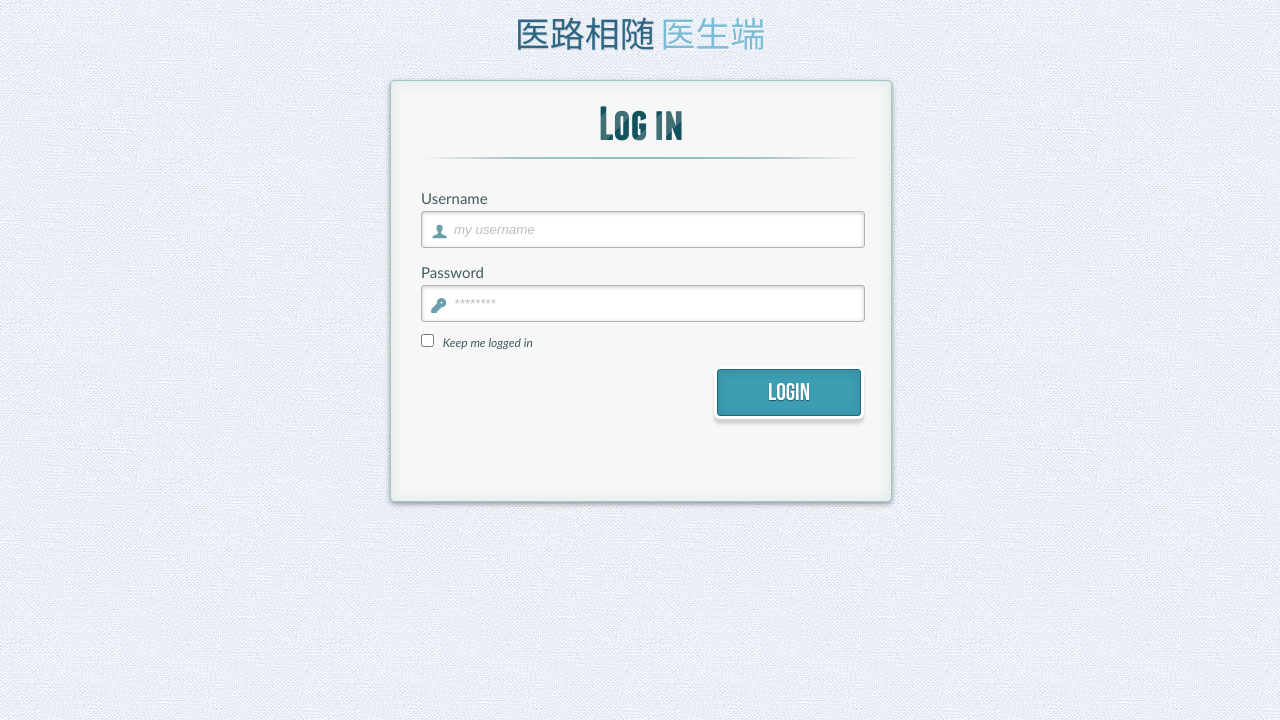
Repository: guwenyu2007/Dr.WithYouWebServer
Page: http://localhost/DrWithYou/login.jsp
These files come from the project's save history. The page is drawn as it stood at one moment and after the next save; the edit follows.
The browser window is 1280 px wide. The pictures show the whole page.
The page is served by Tomcat 9. Other server files are loaded and not shown.

Above is the page before, as saved 2017-04-19 03:07:43.
Not found: DrWithYou/DrWithYou/css/animate-custom.css

### DrWithYou/WebContent/login.jsp
<!DOCTYPE html>
<!--[if lt IE 7 ]> <html lang="en" class="no-js ie6 lt8"> <![endif]-->
<!--[if IE 7 ]>    <html lang="en" class="no-js ie7 lt8"> <![endif]-->
<!--[if IE 8 ]>    <html lang="en" class="no-js ie8 lt8"> <![endif]-->
<!--[if IE 9 ]>    <html lang="en" class="no-js ie9"> <![endif]-->
<!--[if (gt IE 9)|!(IE)]><!--> <html lang="en" class="no-js"> <!--<![endif]-->
<head>
    <meta charset="utf-8" />
    <!-- <meta http-equiv="X-UA-Compatible" content="IE=edge,chrome=1">  -->
    <title>医路相随－医生端</title>
    <meta name="viewport" content="width=device-width, initial-scale=1.0">
    <meta name="description" content="Login and Registration Form with HTML5 and CSS3" />
    <meta name="keywords" content="html5, css3, form, switch, animation, :target, pseudo-class" />
    <meta name="author" content="Codrops" />
    <link rel="shortcut icon" href="../favicon.ico">
    <link rel="stylesheet" type="text/css" href="css/demo.css" />
    <link rel="stylesheet" type="text/css" href="css/style.css" />
    <link rel="stylesheet" type="text/css" href="css/animate-custom.css" />
</head>
<body>
<div class="container">
    <!-- Codrops top bar -->
    <div class="codrops-top">

        <div class="clr"></div>
    </div><!--/ Codrops top bar -->
    <header>
        <h1>医路相随 <span>医生端</span></h1>

    </header>
    <section>
        <div id="container_demo" >
            <!-- hidden anchor to stop jump http://www.css3create.com/Astuce-Empecher-le-scroll-avec-l-utilisation-de-target#wrap4  -->
            <a class="hiddenanchor" id="toregister"></a>
            <a class="hiddenanchor" id="tologin"></a>
            <div id="wrapper">
                <div id="login" class="animate form">
                    <form  >
                        <h1>Log in</h1>
                        <p>
                            <label for="username" class="uname" data-icon="u" > Username </label>
                            <input id="username" name="Username" required="required" type="text" placeholder="my username"/>
                        </p>
                        <p>
                            <label for="password" class="youpasswd" data-icon="p"> Password </label>
                            <input id="password" name="password" required="required" type="password" placeholder="********" />
                        </p>
                        <p class="keeplogin">
                            <input type="checkbox" name="loginkeeping" id="loginkeeping" value="loginkeeping" />
                            <label for="loginkeeping">Keep me logged in</label>
                        </p>

                        <p href="bingren.html" class="login button">
                            <input type="submit" value="Login" />
                        </p>

                    </form>
                </div>
            </div>
        </div>
    </section>
</div>
</body>
</html>

### DrWithYou/WebContent/css/demo.css
@font-face {
    font-family: 'BebasNeueRegular';
    src: url('fonts/BebasNeue-webfont.eot');
    src: url('fonts/BebasNeue-webfont.eot?#iefix') format('embedded-opentype'),
         url('fonts/BebasNeue-webfont.woff') format('woff'),
         url('fonts/BebasNeue-webfont.ttf') format('truetype'),
         url('fonts/BebasNeue-webfont.svg#BebasNeueRegular') format('svg');
    font-weight: normal;
    font-style: normal;
}
/* CSS reset */
body,div,dl,dt,dd,ul,ol,li,h1,h2,h3,h4,h5,h6,pre,form,fieldset,input,textarea,p,blockquote,th,td {
	margin:0;
	padding:0;
}
html,body {
	margin:0;
	padding:0;
	height: 100%;
}
table {
	border-collapse:collapse;
	border-spacing:0;
}
fieldset,img {
	border:0;
}
address,caption,cite,code,dfn,th,var {
	font-style:normal;
	font-weight:normal;
}
ol,ul {
	list-style:none;
}
caption,th {
	text-align:left;
}
h1,h2,h3,h4,h5,h6 {
	font-size:100%;
	font-weight:normal;
}
q:before,q:after {
	content:'';
}
abbr,acronym { border:0;
}
article, aside, details, figcaption, figure,
footer, header, hgroup, menu, nav, section {
	display: block;
}
/* General Demo Style */
body{
	font-family: Cambria, Palatino, "Palatino Linotype", "Palatino LT STD", Georgia, serif;
	background: #fff url(../images/bg.jpg) repeat top left;
	font-weight: 400;
	font-size: 15px;
	color: #1d3c41;
	overflow-y: scroll;
}
a{
	color: #333;
	text-decoration: none;
}
.container{
	width: 100%;
	height: 100%;
	position: relative;
	text-align: center;
}
.clr{
	clear: both;
}
.container > header{
	padding: 20px 30px 10px 30px;
	margin: 0px 20px 10px 20px;
	position: relative;
	display: block;
	text-shadow: 1px 1px 1px rgba(0,0,0,0.2);
    text-align: center;
}
.container > header h1{
	font-family: 'BebasNeueRegular', 'Arial Narrow', Arial, sans-serif;
	font-size: 35px;
	line-height: 35px;
	position: relative;
	font-weight: 400;
	color: rgba(26,89,120,0.9);
	text-shadow: 1px 1px 1px rgba(0,0,0,0.1);
    padding: 0px 0px 5px 0px;
}
.container > header h1 span{
	color: #7cbcd6;
	text-shadow: 0px 1px 1px rgba(255,255,255,0.8);
}
.container > header h2{
	font-size: 16px;
	font-style: italic;
	color: #2d6277;
	text-shadow: 0px 1px 1px rgba(255,255,255,0.8);
}
/* Header Style */
.codrops-top{
	line-height: 24px;
	font-size: 11px;
	background: rgba(255, 255, 255, 0.4);
	text-transform: uppercase;
	z-index: 9999;
	position: relative;
	box-shadow: 1px 0px 2px rgba(0,0,0,0.2);
}
.codrops-top a{
	padding: 0px 10px;
	letter-spacing: 1px;
	color: #333;
	text-shadow: 0px 1px 1px #fff;
	display: block;
	float: left;
}
.codrops-top a:hover{
	background: #fff;
}
.codrops-top span.right{
	float: right;
}
.codrops-top span.right a{
	float: left;
	display: block;
}

.codrops-demos{
	text-align:center;
	display: block;
	padding: 14px;
}
.codrops-demos span{
	display: inline-block;
	padding-right: 15px;
	text-shadow: 1px 1px 1px rgba(255, 255, 255, 0.8);
}
.codrops-demos a,
.codrops-demos a.current-demo,
.codrops-demos a.current-demo:hover{
    display: inline-block;
	font-style: italic;
	font-size: 12px;
	padding: 3px 5px;
	margin: 0px 3px;
	font-weight: 800;
	box-shadow: 1px 1px 1px rgba(0,0,0,0.05) inset;
	color: #fff;
	text-shadow: 1px 1px 1px rgba(0,0,0,0.1);
	background: rgba(104,171,194,0.5);
}
.codrops-demos a:hover{
	background: #4fa2c4;
}
.codrops-demos a.current-demo,
.codrops-demos a.current-demo:hover{
	color: rgba(104,171,194,1);
	background: rgba(255,255,255,0.9);
	box-shadow: 0px 1px 1px rgba(0,0,0,0.1);
}

### DrWithYou/WebContent/css/style.css
/* remove codrops styles and reset the whole thing */
#container_demo{
	 text-align: left;
	 margin: 0;
	 padding: 0;
	 margin: 0 auto;
	 font-family: "Trebuchet MS","Myriad Pro",Arial,sans-serif;
}

/** fonts used for the icons **/
@font-face {
    font-family: 'FontomasCustomRegular';
    src: url('fonts/fontomas-webfont.eot');
    src: url('fonts/fontomas-webfont.eot?#iefix') format('embedded-opentype'),
         url('fonts/fontomas-webfont.woff') format('woff'),
         url('fonts/fontomas-webfont.ttf') format('truetype'),
         url('fonts/fontomas-webfont.svg#FontomasCustomRegular') format('svg');
    font-weight: normal;
    font-style: normal;
}
@font-face {
    font-family: 'FranchiseRegular';
    src: url('fonts/franchise-bold-webfont.eot');
    src: url('fonts/franchise-bold-webfont.eot?#iefix') format('embedded-opentype'),
         url('fonts/franchise-bold-webfont.woff') format('woff'),
         url('fonts/franchise-bold-webfont.ttf') format('truetype'),
         url('fonts/franchise-bold-webfont.svg#FranchiseRegular') format('svg');
    font-weight: normal;
    font-style: normal;

}
a.hiddenanchor{
	display: none;
}
/** The wrapper that will contain our two forms **/
#wrapper{
	width: 60%;
	right: 0px;
	min-height: 560px;
	margin: 0px auto;
	width: 500px;
	position: relative;
}
/**** Styling the form elements **/

/**** general text styling ****/
#wrapper a{
	color: rgb(95, 155, 198);
	text-decoration: underline;
}

#wrapper h1{
	font-size: 48px;
	color: rgb(6, 106, 117);
	padding: 2px 0 10px 0;
	font-family: 'FranchiseRegular','Arial Narrow',Arial,sans-serif;
	font-weight: bold;
	text-align: center;
	padding-bottom: 30px;
}
/** For the moment only webkit supports the background-clip:text; */
#wrapper h1{
    background: -webkit-repeating-linear-gradient(-45deg,
	rgb(18, 83, 93) ,
	rgb(18, 83, 93) 20px,
	rgb(64, 111, 118) 20px,
	rgb(64, 111, 118) 40px,
	rgb(18, 83, 93) 40px);
	-webkit-text-fill-color: transparent;
	-webkit-background-clip: text;
}
#wrapper h1:after{
	content: ' ';
	display: block;
	width: 100%;
	height: 2px;
	margin-top: 10px;
	background: -moz-linear-gradient(left, rgba(147,184,189,0) 0%, rgba(147,184,189,0.8) 20%, rgba(147,184,189,1) 53%, rgba(147,184,189,0.8) 79%, rgba(147,184,189,0) 100%);
	background: -webkit-gradient(linear, left top, right top, color-stop(0%,rgba(147,184,189,0)), color-stop(20%,rgba(147,184,189,0.8)), color-stop(53%,rgba(147,184,189,1)), color-stop(79%,rgba(147,184,189,0.8)), color-stop(100%,rgba(147,184,189,0)));
	background: -webkit-linear-gradient(left, rgba(147,184,189,0) 0%,rgba(147,184,189,0.8) 20%,rgba(147,184,189,1) 53%,rgba(147,184,189,0.8) 79%,rgba(147,184,189,0) 100%);
	background: -o-linear-gradient(left, rgba(147,184,189,0) 0%,rgba(147,184,189,0.8) 20%,rgba(147,184,189,1) 53%,rgba(147,184,189,0.8) 79%,rgba(147,184,189,0) 100%);
	background: -ms-linear-gradient(left, rgba(147,184,189,0) 0%,rgba(147,184,189,0.8) 20%,rgba(147,184,189,1) 53%,rgba(147,184,189,0.8) 79%,rgba(147,184,189,0) 100%);
	background: linear-gradient(left, rgba(147,184,189,0) 0%,rgba(147,184,189,0.8) 20%,rgba(147,184,189,1) 53%,rgba(147,184,189,0.8) 79%,rgba(147,184,189,0) 100%);
}

#wrapper p{
	margin-bottom:15px;
}
#wrapper p:first-child{
	margin: 0px;
}
#wrapper label{
	color: rgb(64, 92, 96);
	position: relative;
}

/**** advanced input styling ****/
/* placeholder */
::-webkit-input-placeholder  {
	color: rgb(190, 188, 188);
	font-style: italic;
}
input:-moz-placeholder,
textarea:-moz-placeholder{
	color: rgb(190, 188, 188);
	font-style: italic;
}
input {
  outline: none;
}

/* all the input except submit and checkbox */
#wrapper input:not([type="checkbox"]){
	width: 92%;
	margin-top: 4px;
	padding: 10px 5px 10px 32px;
	border: 1px solid rgb(178, 178, 178);
	-webkit-appearance: textfield;
	-webkit-box-sizing: content-box;
	  -moz-box-sizing : content-box;
	       box-sizing : content-box;
	-webkit-border-radius: 3px;
	   -moz-border-radius: 3px;
	        border-radius: 3px;
	-webkit-box-shadow: 0px 1px 4px 0px rgba(168, 168, 168, 0.6) inset;
	   -moz-box-shadow: 0px 1px 4px 0px rgba(168, 168, 168, 0.6) inset;
	        box-shadow: 0px 1px 4px 0px rgba(168, 168, 168, 0.6) inset;
	-webkit-transition: all 0.2s linear;
	   -moz-transition: all 0.2s linear;
	     -o-transition: all 0.2s linear;
	        transition: all 0.2s linear;
}
#wrapper input:not([type="checkbox"]):active,
#wrapper input:not([type="checkbox"]):focus{
	border: 1px solid rgba(91, 90, 90, 0.7);
	background: rgba(238, 236, 240, 0.2);
	-webkit-box-shadow: 0px 1px 4px 0px rgba(168, 168, 168, 0.9) inset;
	   -moz-box-shadow: 0px 1px 4px 0px rgba(168, 168, 168, 0.9) inset;
	        box-shadow: 0px 1px 4px 0px rgba(168, 168, 168, 0.9) inset;
}

/** the magic icon trick ! **/
[data-icon]:after {
    content: attr(data-icon);
    font-family: 'FontomasCustomRegular';
    color: rgb(106, 159, 171);
    position: absolute;
    left: 10px;
    top: 35px;
	width: 30px;
}

/*styling both submit buttons */
#wrapper p.button input{
	width: 30%;
	cursor: pointer;
	background: rgb(61, 157, 179);
	padding: 8px 5px;
	font-family: 'BebasNeueRegular','Arial Narrow',Arial,sans-serif;
	color: #fff;
	font-size: 24px;
	border: 1px solid rgb(28, 108, 122);
	margin-bottom: 10px;
	text-shadow: 0 1px 1px rgba(0, 0, 0, 0.5);
	-webkit-border-radius: 3px;
	   -moz-border-radius: 3px;
	        border-radius: 3px;
	-webkit-box-shadow: 0px 1px 6px 4px rgba(0, 0, 0, 0.07) inset,
	        0px 0px 0px 3px rgb(254, 254, 254),
	        0px 5px 3px 3px rgb(210, 210, 210);
	   -moz-box-shadow:0px 1px 6px 4px rgba(0, 0, 0, 0.07) inset,
	        0px 0px 0px 3px rgb(254, 254, 254),
	        0px 5px 3px 3px rgb(210, 210, 210);
	        box-shadow:0px 1px 6px 4px rgba(0, 0, 0, 0.07) inset,
	        0px 0px 0px 3px rgb(254, 254, 254),
	        0px 5px 3px 3px rgb(210, 210, 210);
	-webkit-transition: all 0.2s linear;
	   -moz-transition: all 0.2s linear;
	     -o-transition: all 0.2s linear;
	        transition: all 0.2s linear;
}
#wrapper p.button input:hover{
	background: rgb(74, 179, 198);
}
#wrapper p.button input:active,
#wrapper p.button input:focus{
	background: rgb(40, 137, 154);
	position: relative;
	top: 1px;
	border: 1px solid rgb(12, 76, 87);
	-webkit-box-shadow: 0px 1px 6px 4px rgba(0, 0, 0, 0.2) inset;
	   -moz-box-shadow: 0px 1px 6px 4px rgba(0, 0, 0, 0.2) inset;
	        box-shadow: 0px 1px 6px 4px rgba(0, 0, 0, 0.2) inset;
}
p.login.button,
p.signin.button{
	text-align: right;
	margin: 5px 0;
}


/* styling the checkbox "keep me logged in"*/
.keeplogin{
	margin-top: -5px;
}
.keeplogin input,
.keeplogin label{
	display: inline-block;
	font-size: 12px;
	font-style: italic;
}
.keeplogin input#loginkeeping{
	margin-right: 5px;
}
.keeplogin label{
	width: 80%;
}


/*styling the links to change from one form to another */

p.change_link{
	position: absolute;
	color: rgb(127, 124, 124);
	left: 0px;
	height: 20px;
	width: 440px;
	padding: 17px 30px 20px 30px;
	font-size: 16px	;
	text-align: right;
	border-top: 1px solid rgb(219, 229, 232);
	-webkit-border-radius: 0 0  5px 5px;
	   -moz-border-radius: 0 0  5px 5px;
	        border-radius: 0 0  5px 5px;
	background: rgb(225, 234, 235);
	background: -moz-repeating-linear-gradient(-45deg,
	rgb(247, 247, 247) ,
	rgb(247, 247, 247) 15px,
	rgb(225, 234, 235) 15px,
	rgb(225, 234, 235) 30px,
	rgb(247, 247, 247) 30px
	);
	background: -webkit-repeating-linear-gradient(-45deg,
	rgb(247, 247, 247) ,
	rgb(247, 247, 247) 15px,
	rgb(225, 234, 235) 15px,
	rgb(225, 234, 235) 30px,
	rgb(247, 247, 247) 30px
	);
	background: -o-repeating-linear-gradient(-45deg,
	rgb(247, 247, 247) ,
	rgb(247, 247, 247) 15px,
	rgb(225, 234, 235) 15px,
	rgb(225, 234, 235) 30px,
	rgb(247, 247, 247) 30px
	);
	background: repeating-linear-gradient(-45deg,
	rgb(247, 247, 247) ,
	rgb(247, 247, 247) 15px,
	rgb(225, 234, 235) 15px,
	rgb(225, 234, 235) 30px,
	rgb(247, 247, 247) 30px
	);
}
#wrapper p.change_link a {
	display: inline-block;
	font-weight: bold;
	background: rgb(247, 248, 241);
	padding: 2px 6px;
	color: rgb(29, 162, 193);
	margin-left: 10px;
	text-decoration: none;
	-webkit-border-radius: 4px;
	-moz-border-radius: 4px;
	border-radius: 4px;
	border: 1px solid rgb(203, 213, 214);
	-webkit-transition: all 0.4s linear;
	-moz-transition: all 0.4s  linear;
	-o-transition: all 0.4s linear;
	-ms-transition: all 0.4s  linear;
	transition: all 0.4s  linear;
}
#wrapper p.change_link a:hover {
	color: rgb(57, 191, 215);
	background: rgb(247, 247, 247);
	border: 1px solid rgb(74, 179, 198);
}
#wrapper p.change_link a:active{
	position: relative;
	top: 1px;
}
/** Styling both forms **/
#register,
#login{
	position: absolute;
	top: 0px;
	width: 88%;
	padding: 18px 6% 60px 6%;
	margin: 0 0 35px 0;
	background: rgb(247, 247, 247);
	border: 1px solid rgba(147, 184, 189,0.8);
	-webkit-box-shadow: 0pt 2px 5px rgba(105, 108, 109,  0.7),	0px 0px 8px 5px rgba(208, 223, 226, 0.4) inset;
	   -moz-box-shadow: 0pt 2px 5px rgba(105, 108, 109,  0.7),	0px 0px 8px 5px rgba(208, 223, 226, 0.4) inset;
	        box-shadow: 0pt 2px 5px rgba(105, 108, 109,  0.7),	0px 0px 8px 5px rgba(208, 223, 226, 0.4) inset;
	-webkit-box-shadow: 5px;
	-moz-border-radius: 5px;
		 border-radius: 5px;
}
#register{
	z-index: 21;
	opacity: 0;
}
#login{
	z-index: 22;
}
#toregister:target ~ #wrapper #register,
#tologin:target ~ #wrapper #login{
	z-index: 22;
	-webkit-animation-name: fadeInLeft;
	-moz-animation-name: fadeInLeft;
	-ms-animation-name: fadeInLeft;
	-o-animation-name: fadeInLeft;
	animation-name: fadeInLeft;
	-webkit-animation-delay: .1s;
	-moz-animation-delay: .1s;
	-o-animation-delay: .1s;
	-ms-animation-delay: .1s;
	animation-delay: .1s;
}
#toregister:target ~ #wrapper #login,
#tologin:target ~ #wrapper #register{
	-webkit-animation-name: fadeOutLeft;
	-moz-animation-name: fadeOutLeft;
	-ms-animation-name: fadeOutLeft;
	-o-animation-name: fadeOutLeft;
	animation-name: fadeOutLeft;
}

/** the actual animation, credit where due : http://daneden.me/animate/ ***/
.animate{
	-webkit-animation-duration: 0.5s;
	-webkit-animation-timing-function: ease;
	-webkit-animation-fill-mode: both;

	-moz-animation-duration: 0.5s;
	-moz-animation-timing-function: ease;
	-moz-animation-fill-mode: both;

	-o-animation-duration: 0.5s;
	-o-animation-timing-function: ease;
	-o-animation-fill-mode: both;

	-ms-animation-duration: 0.5s;
	-ms-animation-timing-function: ease;
	-ms-animation-fill-mode: both;

	animation-duration: 0.5s;
	animation-timing-function: ease;
	animation-fill-mode: both;
}

/** yerk some ugly IE fixes 'cause I know someone will ask "why does it look ugly in IE?", no matter how many warnings I will put in the article */

.lt8 #wrapper input{
	padding: 10px 5px 10px 32px;
    width: 92%;
}
.lt8 #wrapper input[type=checkbox]{
	width: 10px;
	padding: 0;
}
.lt8 #wrapper h1{
	color: #066A75;
}
.lt8 #register{
	display: none;
}
.lt8 p.change_link,
.ie9 p.change_link{
	position: absolute;
	height: 90px;
	background: transparent;
}

After the next save:
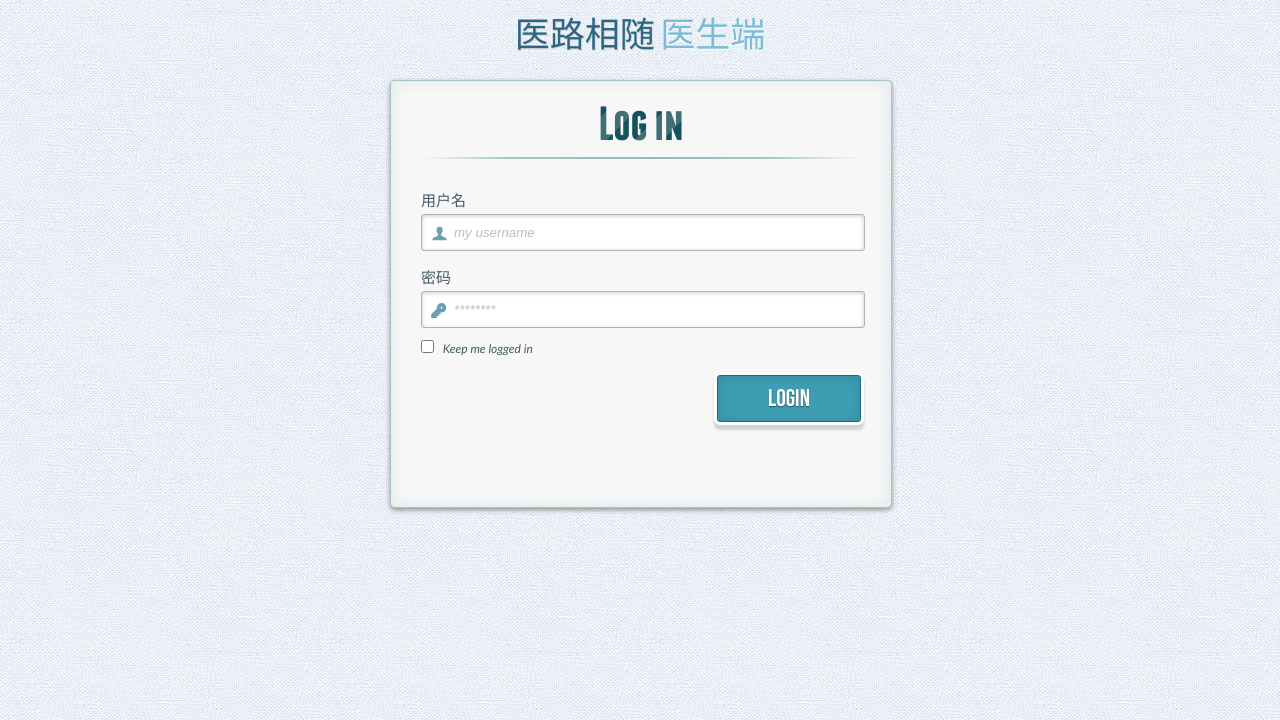
Saved 44 s later.
--- a/DrWithYou/WebContent/login.jsp
+++ b/DrWithYou/WebContent/login.jsp
@@ -38,11 +38,11 @@
                     <form  >
                         <h1>Log in</h1>
                         <p>
-                            <label for="username" class="uname" data-icon="u" > Username </label>
+                            <label for="username" class="uname" data-icon="u" > 用户名 </label>
                             <input id="username" name="Username" required="required" type="text" placeholder="my username"/>
                         </p>
                         <p>
-                            <label for="password" class="youpasswd" data-icon="p"> Password </label>
+                            <label for="password" class="youpasswd" data-icon="p"> 密码 </label>
                             <input id="password" name="password" required="required" type="password" placeholder="********" />
                         </p>
                         <p class="keeplogin">
